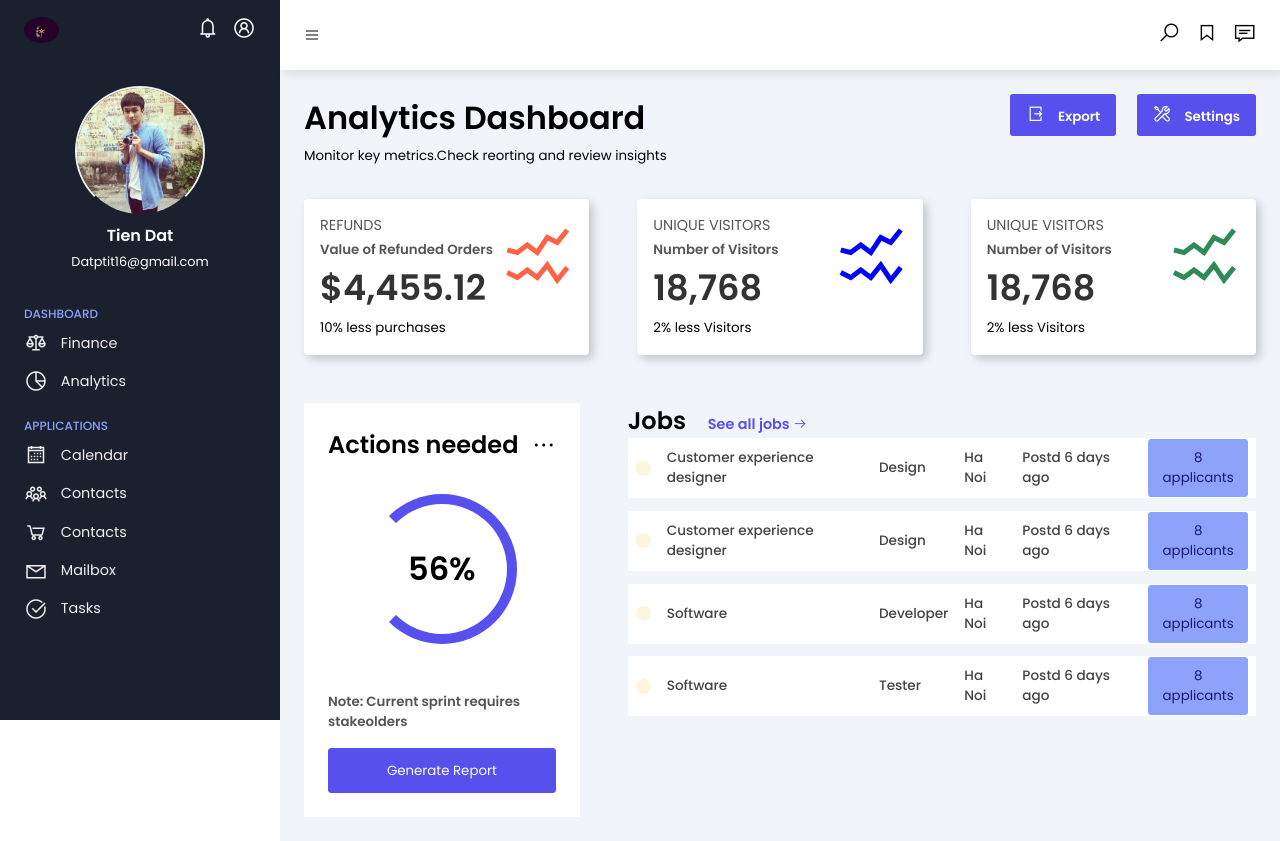
Repository: Datt21/dashboard-fe-project
Page: index.html
An editor plug-in stored every save of this project. The page is shown before and after the next save, followed by the edit.
The browser window is 1280 px wide. The pictures show the whole page.

Above is the page before, as saved 2021-06-08 20:28:08.

After the next save:
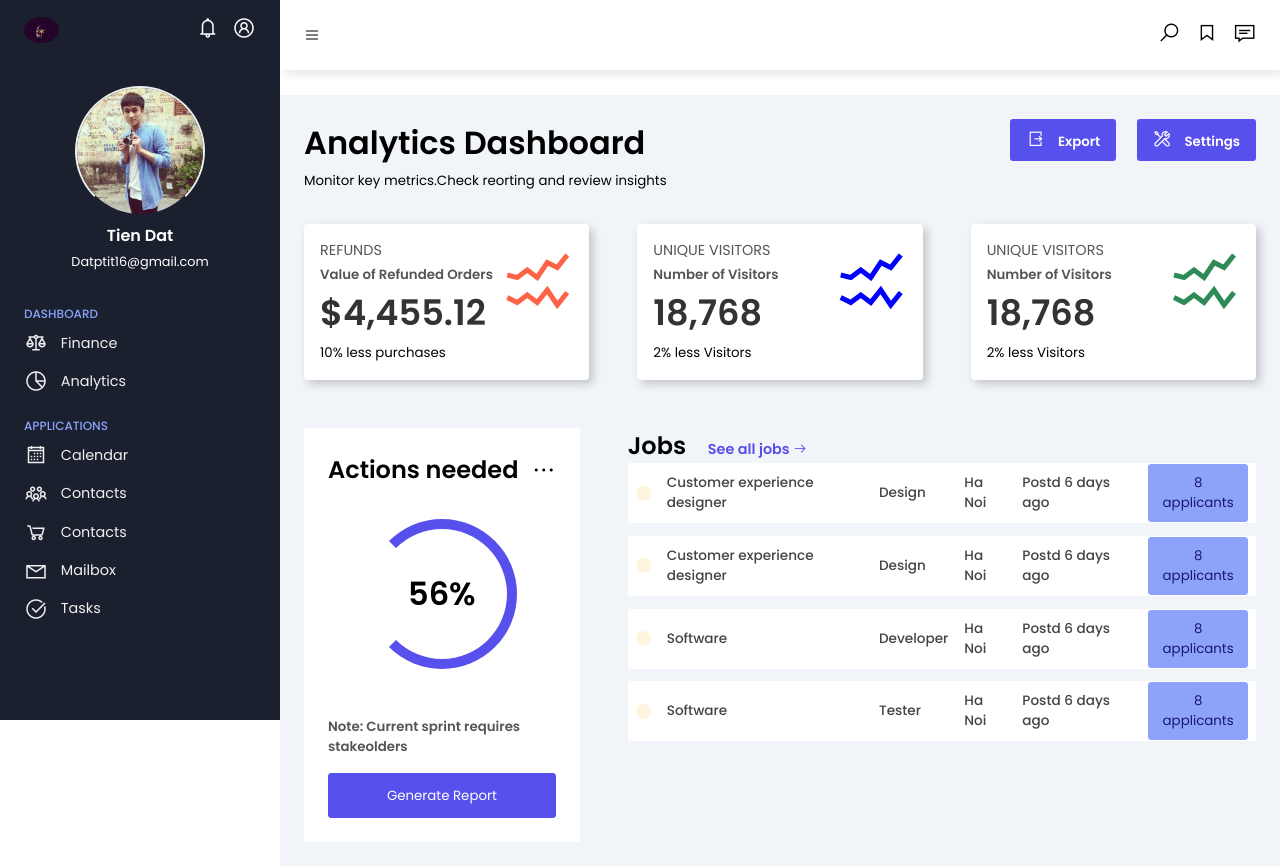
Saved 5 min 15 s later.
--- a/index.html
+++ b/index.html
@@ -16,6 +16,9 @@
 
 </head>
 <body>
+
+    <input type="checkbox" name="" id="sidebar-toggle">
+
     <!-- ========== SIDEBAR======== -->
     <div class="sidebar">
     <!-- brand -->
@@ -95,7 +98,7 @@
     <div class="main__content">
         <header>
             <div class="menu__toggle">
-                <lable for="">
+                <lable for="sidebar-toggle">
                     <span class="las la-bars"></span>
                 </lable>
             </div>

After the 2 saves that followed:
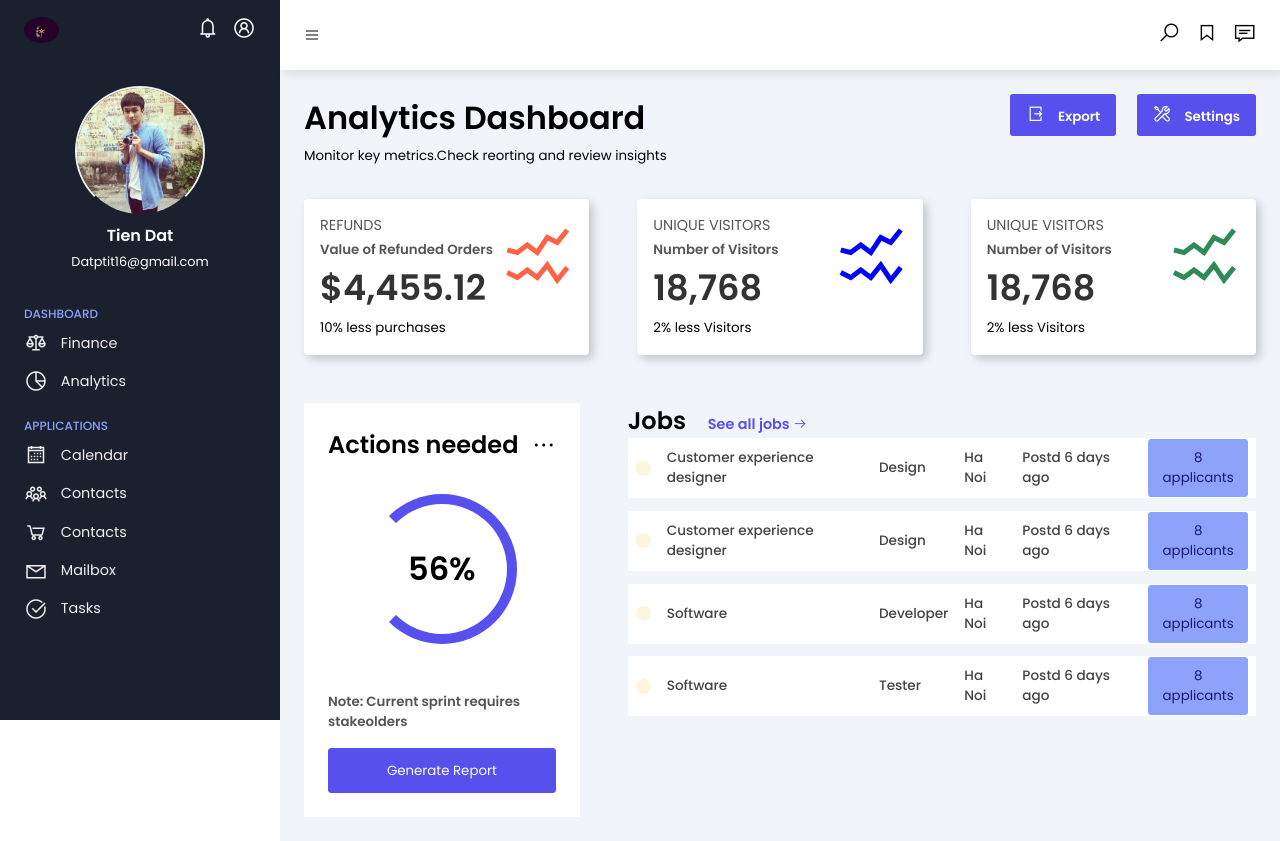
The 2 saves are shown as one change because 1 left the picture as it was.
The last was saved 7 min 49 s later.
--- a/assets/css/style.css
+++ b/assets/css/style.css
@@ -12,6 +12,22 @@
     margin: 0;
     padding: 0;
 }
+
+
+#sidebar-toggle{
+    display: none;
+}
+
+#sidebar-toggle:checked ~ .sidebar{
+    left: -100%;
+}
+#sidebar-toggle:checked ~ header{
+    left: -100%;
+}
+#sidebar-toggle:checked ~ .main__content{
+    margin-left: 0;
+}
+
 
 .sidebar{
     width: 280px;
@@ -22,6 +38,8 @@
     padding: 1rem 1.5rem;
     background: var(--color-main);
     color: #fff;
+    z-index: 20;
+    transition: left 300ms;
 }
 
 .sidebar__brand{
@@ -116,6 +134,7 @@ header{
     z-index: 20;
     background: #fff;
     box-shadow: 4px 4px 10px rgba(0, 0, 0, 0.1);
+    transition: left 300ms;
 }
 
 .menu__toggle label{
@@ -139,6 +158,7 @@ header{
 
 .main__content{
     margin-left: 280px;
+    transition: left 300ms;
 }
 
 main {
